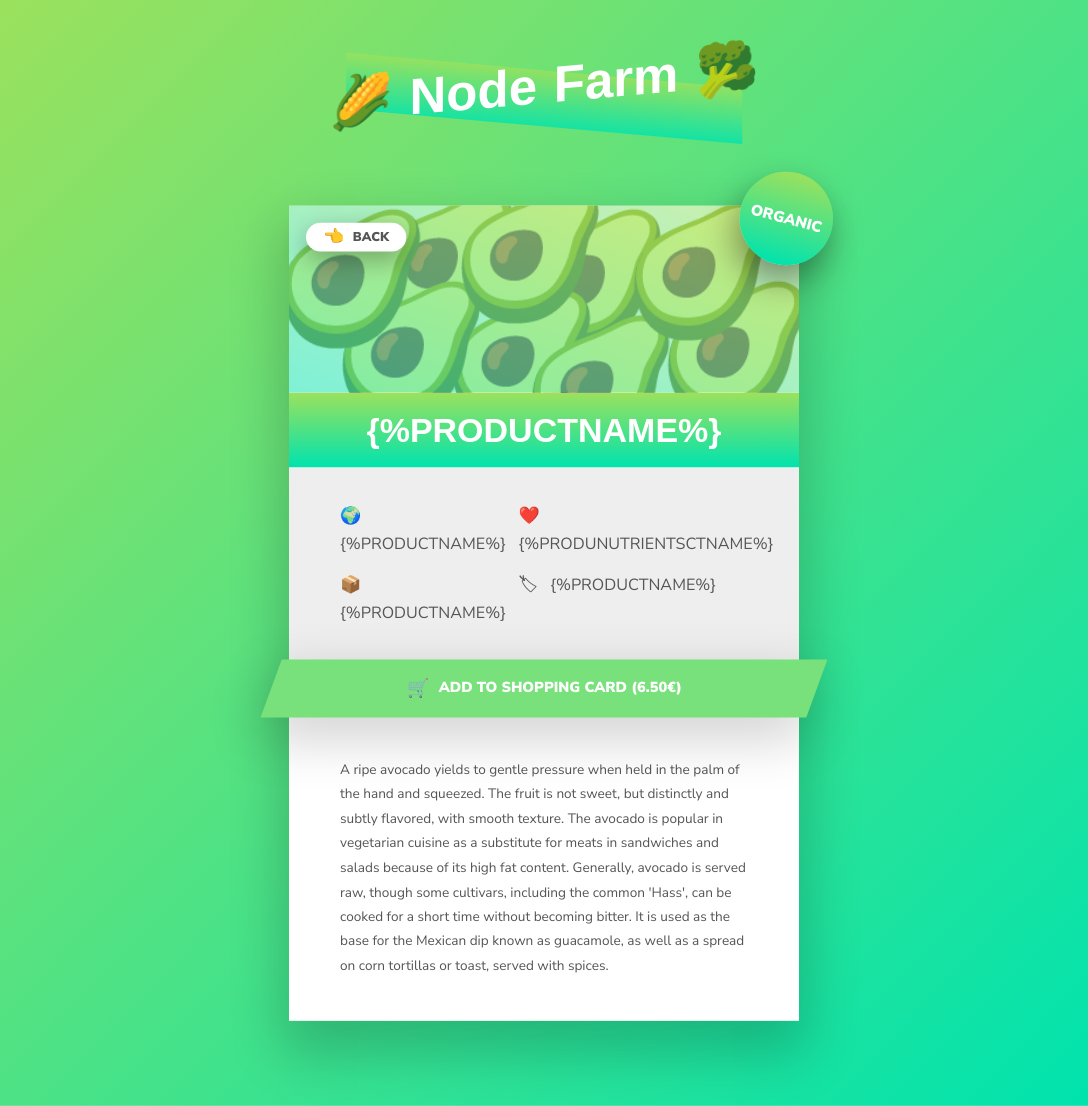
Repository: Kaii-Dev/NODEJS-by-JONAS
Page: 1-node-farm/starter/templates/product.html
These files come from the project's save history. The page is drawn as it stood at one moment and after a run of saves; the edit follows.
The browser window is 1280 px wide. The pictures show the whole page, at 85% of full size.
Some web fonts or font styles are not loaded; a fallback is used.

Above is the page before, as saved 2022-08-03 13:46:46.

### 1-node-farm/starter/templates/product.html
<!DOCTYPE html>
<html lang="en">
  <head>
    <meta charset="UTF-8" />
    <meta name="viewport" content="width=device-width, initial-scale=1.0" />
    <meta http-equiv="X-UA-Compatible" content="ie=edge" />
    <link
      href="https://fonts.googleapis.com/css?family=Megrim|Nunito+Sans:400,900"
      rel="stylesheet"
    />
    <link
      rel="icon"
      href="https://emojipedia-us.s3.dualstack.us-west-1.amazonaws.com/thumbs/240/apple/155/ear-of-maize_1f33d.png"
    />

    <title>Fresh Avocados 🥑 /// NODE FARM</title>

    <style>
      *,
      *::before,
      *::after {
        margin: 0;
        padding: 0;
        box-sizing: inherit;
      }

      html {
        font-size: 62.5%;
        box-sizing: border-box;
      }

      body {
        padding: 5rem 5rem 10rem;
        line-height: 1.7;
        font-family: 'Nunito Sans', sans-serif;
        color: #555;
        min-height: 100vh;
        background: linear-gradient(to bottom right, #9be15d, #00e3ae);
      }

      h1 {
        font-family: 'Megrim', sans-serif;
        font-size: 6rem;
        color: white;
        transform: skewY(-5deg);
        text-align: center;
        position: relative;
        word-spacing: 3px;
      }

      h1::before {
        content: '';
        display: block;
        height: 65%;
        width: 49%;
        position: absolute;
        top: 105%;
        left: 50%;
        background: linear-gradient(to bottom, #9be15d, #00e3ae);
        opacity: 0.8;
        z-index: -1;
        transform: skewY(370deg) translate(-50%, -50%);
      }

      .container {
        width: 95rem;
        margin: 0 auto;
      }

      .product {
        width: 60rem;
        margin: 0 auto;
        margin-top: 9rem;
        background: white;
        box-shadow: 0 3rem 6rem 1rem rgba(0, 0, 0, 0.2);
        position: relative;
      }

      .product__hero {
        position: relative;
        height: 22rem;
        overflow: hidden;
      }

      .product__hero::before {
        content: '';
        display: block;
        height: 100%;
        width: 100%;
        position: absolute;
        top: 0;
        left: 0;
        background-image: linear-gradient(to left bottom, #9be15d, #00e3ae);
        opacity: 0.5;
        z-index: 100;
      }

      .product__emoji {
        font-size: 15rem;
        position: absolute;
      }

      .product__emoji--1 {
        top: -4rem;
        left: -2rem;
        z-index: 10;
      }

      .product__emoji--2 {
        top: -6rem;
        left: 9rem;
      }

      .product__emoji--3 {
        top: -4rem;
        right: 15rem;
      }

      .product__emoji--4 {
        top: -5rem;
        right: 2rem;
        z-index: 10;
      }

      .product__emoji--5 {
        bottom: -9rem;
        left: 18rem;
      }

      .product__emoji--6 {
        bottom: -8rem;
        left: 5rem;
      }

      .product__emoji--7 {
        bottom: -12rem;
        right: 14rem;
      }

      .product__emoji--8 {
        bottom: -8rem;
        right: -2rem;
      }

      .product__emoji--9 {
        top: -7rem;
        left: 19rem;
      }

      .product__organic {
        position: absolute;
        top: -4rem;
        right: -4rem;
        z-index: 1000;
        height: 11rem;
        width: 11rem;
        background-image: linear-gradient(to bottom, #9be15d, #00e3ae);
        border-radius: 50%;
        transform: rotate(15deg);
        box-shadow: 0 2rem 4rem rgba(0, 0, 0, 0.4);
        display: flex;
        align-items: center;
        justify-content: center;
      }

      .product__organic h5 {
        font-weight: 900;
        text-transform: uppercase;
        font-size: 1.8rem;
        color: white;
      }

      .product__back:link,
      .product__back:visited {
        position: absolute;
        top: 2rem;
        left: 2rem;
        font-size: 1.5rem;
        font-weight: 700;
        text-transform: uppercase;
        text-decoration: none;
        z-index: 1000;
        color: #555;
        background-color: white;
        box-shadow: 0 1rem 3rem rgba(0, 0, 0, 0.3);
        border-radius: 100rem;
        padding: 0 2rem;
        transition: all 0.3s;
        display: flex;
        align-items: center;
      }

      .product__back:hover,
      .product__back:active {
        background-color: #79e17b;
      }

      .product__name {
        background: linear-gradient(to bottom, #9be15d, #00e3ae);
        padding: 1rem;
        font-family: 'Megrim', sans-serif;
        font-size: 4rem;
        color: white;
        text-align: center;
        word-spacing: 2px;
      }

      .product__details {
        background-color: #eee;
        padding: 4rem 6rem;
        font-size: 1.9rem;
        display: grid;
        grid-template-columns: 1fr 1fr;
        grid-gap: 1.5rem;
      }

      .product__description {
        padding: 5rem 6rem;
        font-size: 1.6rem;
        line-height: 1.8;
      }

      .product__link:link,
      .product__link:visited {
        display: block;
        background-color: #79e17b;
        color: white;
        font-size: 1.6rem;
        font-weight: 700;
        text-transform: uppercase;
        text-decoration: none;
        padding: 1.5rem;
        text-align: center;
        transform: scale(1.07) skewX(-20deg);
        box-shadow: 0 2rem 6rem rgba(0, 0, 0, 0.2);
        display: flex;
        align-items: center;
        justify-content: center;
        transition: all 0.3s;
      }

      .product__link:hover,
      .product__link:active {
        background-color: #9be15d;
        transform: scale(1.1) skewX(-20deg);
      }

      .product__link span {
        transform: skewX(20deg);
      }

      .emoji-left {
        font-size: 2rem;
        margin-right: 1rem;
      }

      .emoji-right {
        font-size: 2rem;
        margin-left: 1rem;
      }

      .not-organic {
        display: none;
      }
    </style>
  </head>

  <body>
    <div class="container">
      <h1>🌽 Node Farm 🥦</h1>

      <figure class="product">
        <div class="product__organic"><h5>Organic</h5></div>
        <a href="#" class="product__back">
          <span class="emoji-left">👈</span>Back
        </a>
        <div class="product__hero">
          <span class="product__emoji product__emoji--1">🥑</span>
          <span class="product__emoji product__emoji--2">🥑</span>
          <span class="product__emoji product__emoji--3">🥑</span>
          <span class="product__emoji product__emoji--4">🥑</span>
          <span class="product__emoji product__emoji--5">🥑</span>
          <span class="product__emoji product__emoji--6">🥑</span>
          <span class="product__emoji product__emoji--7">🥑</span>
          <span class="product__emoji product__emoji--8">🥑</span>
          <span class="product__emoji product__emoji--9">🥑</span>
        </div>
        <h2 class="product__name">{%PRODUCTNAME%}</h2>
        <div class="product__details">
          <p><span class="emoji-left">🌍</span> {%PRODUCTNAME%}</p>
          <p><span class="emoji-left">❤️</span> {%PRODUNUTRIENTSCTNAME%}</p>
          <p><span class="emoji-left">📦</span> {%PRODUCTNAME%}</p>
          <p><span class="emoji-left">🏷</span> {%PRODUCTNAME%}</p>
        </div>

        <a href="#" class="product__link">
          <span class="emoji-left">🛒</span>
          <span>Add to shopping card (6.50€)</span>
        </a>

        <p class="product__description">
          A ripe avocado yields to gentle pressure when held in the palm of the
          hand and squeezed. The fruit is not sweet, but distinctly and subtly
          flavored, with smooth texture. The avocado is popular in vegetarian
          cuisine as a substitute for meats in sandwiches and salads because of
          its high fat content. Generally, avocado is served raw, though some
          cultivars, including the common 'Hass', can be cooked for a short time
          without becoming bitter. It is used as the base for the Mexican dip
          known as guacamole, as well as a spread on corn tortillas or toast,
          served with spices.
        </p>
      </figure>

    </div>
  </body>
</html>

After the next 2 saves:
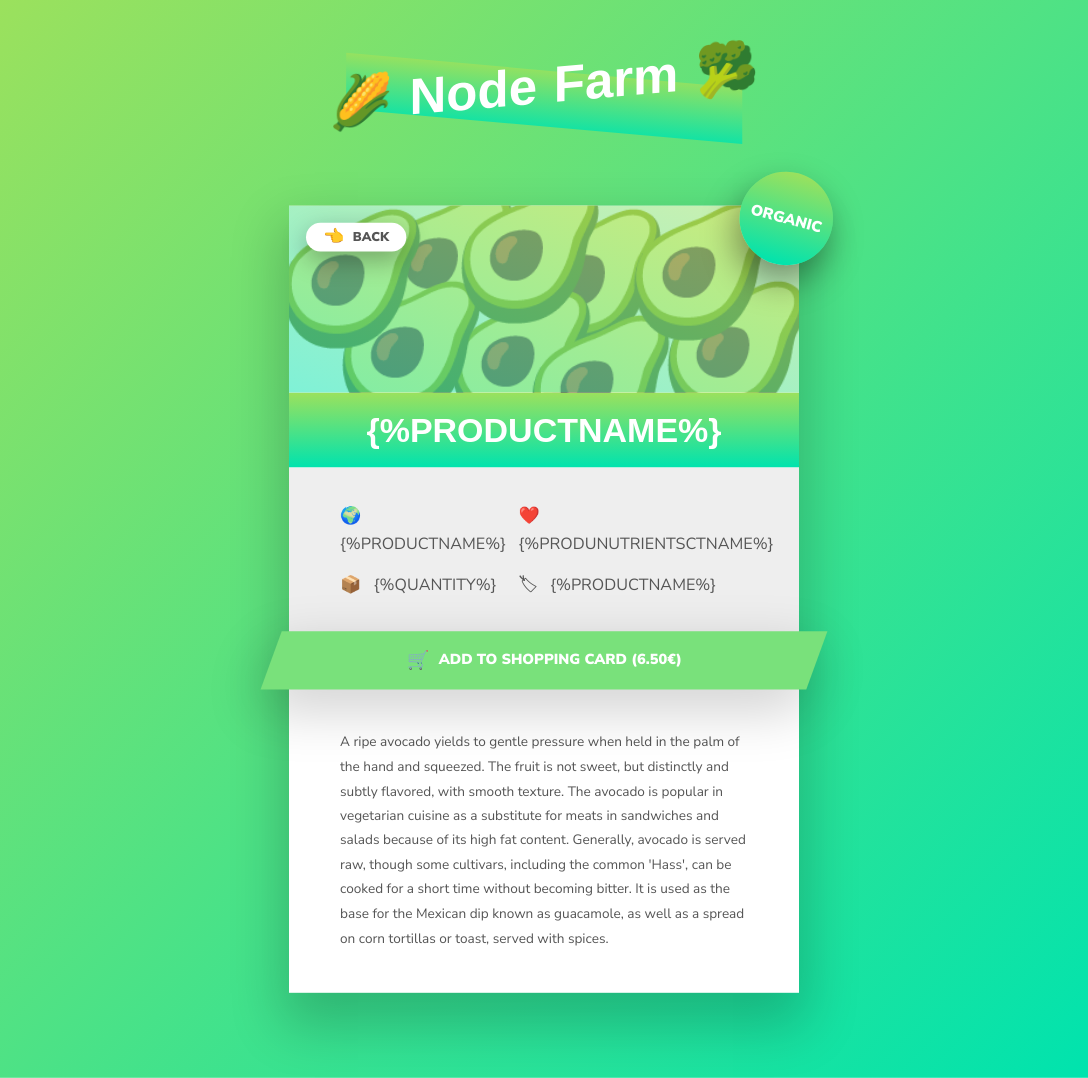
The 2 saves are shown as one change because they came seconds apart.
The last was saved 25 s later.
--- a/1-node-farm/starter/templates/product.html
+++ b/1-node-farm/starter/templates/product.html
@@ -289,7 +289,7 @@
         <div class="product__details">
           <p><span class="emoji-left">🌍</span> {%PRODUCTNAME%}</p>
           <p><span class="emoji-left">❤️</span> {%PRODUNUTRIENTSCTNAME%}</p>
-          <p><span class="emoji-left">📦</span> {%PRODUCTNAME%}</p>
+          <p><span class="emoji-left">📦</span> {%QUANTITY%}</p>
           <p><span class="emoji-left">🏷</span> {%PRODUCTNAME%}</p>
         </div>
 
